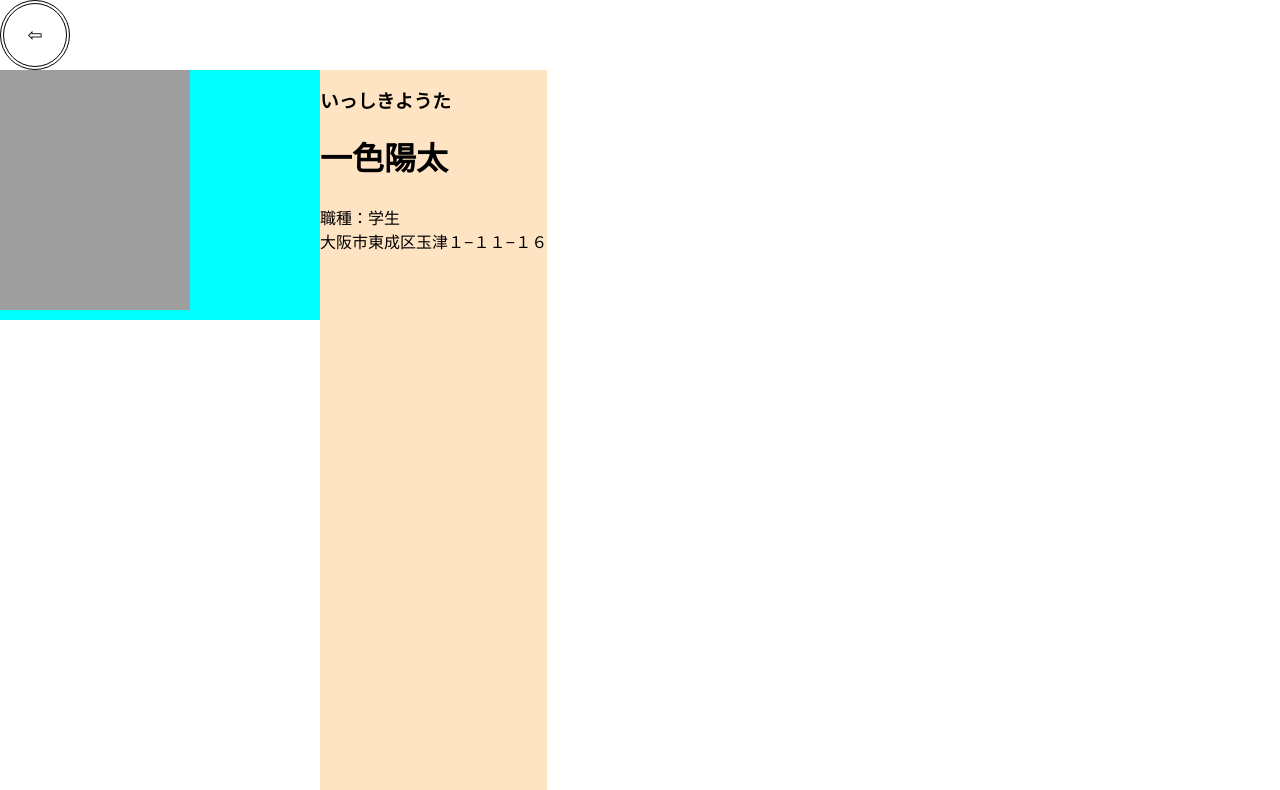
Repository: Mush-s/Folio-OX
Page: /profile
An editor plug-in stored every save of this project. The page is shown before and after the next save, followed by the edit.
The browser window is 1280 px wide. The pictures show the whole page.
Pictures or frames that could not be fetched are drawn as grey boxes. The project was rebuilt for these pictures with package versions that can differ from the ones it lists, and the page was loaded fresh each time. Also part of the build but not shown: src/TicTacToe/AfterGame/AfterGame.css, src/TicTacToe/AfterGame/AfterGame.js, src/TicTacToe/Game/Cell.css, src/TicTacToe/Game/Cell.js, src/TicTacToe/Patterns/Pattern.js, src/TicTacToe/Game/GameButtons/GameButtons.css, src/TicTacToe/Game/GameButtons/GameButtons.js, src/TicTacToe/Game/Game.css and 18 more.

Above is the page before, as saved 2022-09-20 18:07:50.

After the next save:
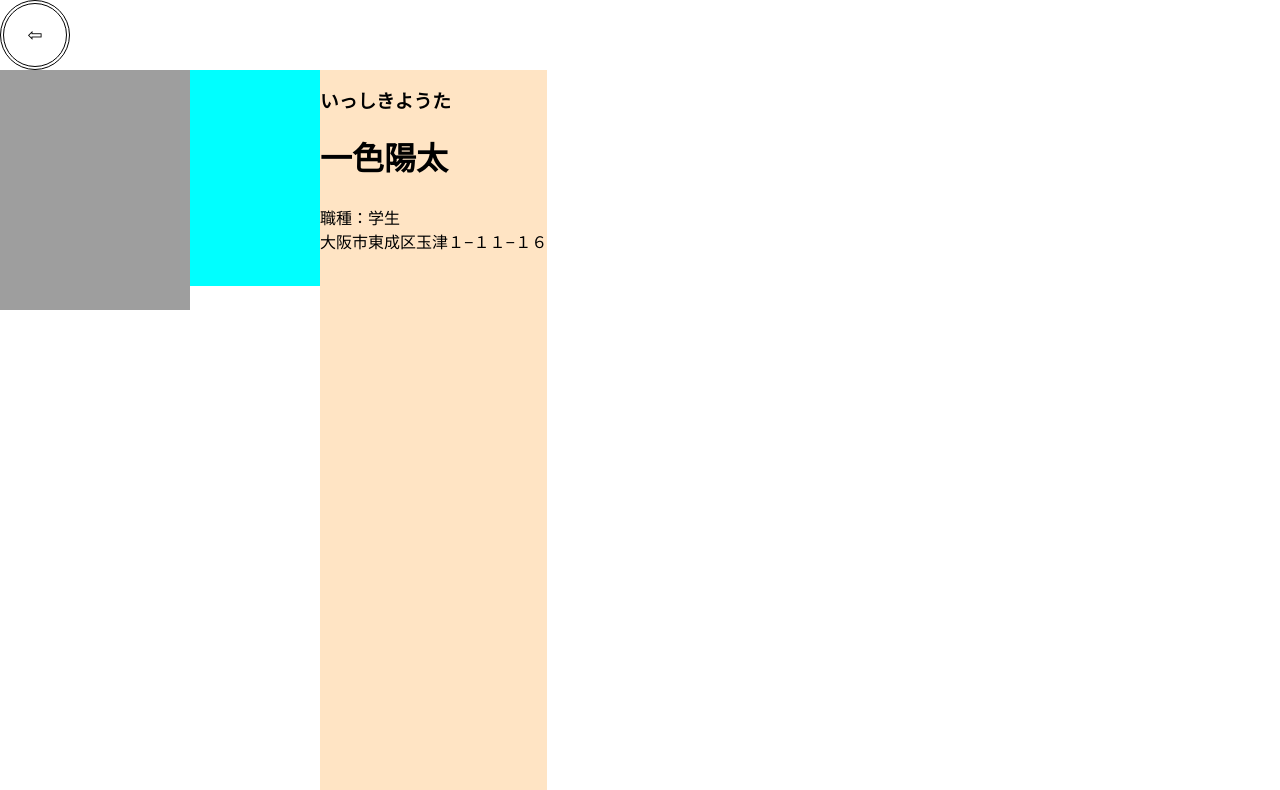
Saved 11 s later.
--- a/src/Profile/Profile.css
+++ b/src/Profile/Profile.css
@@ -6,7 +6,7 @@
 .profile .picture {
   background-color: aqua;
   width: 25%;
-  height: 250px;
+  height: 30%;
 }
 .profile img {
   width: 190px;
@@ -15,5 +15,5 @@
 
 .profile .intro {
   background-color: bisque;
-  width:
+  width: ;
 }
